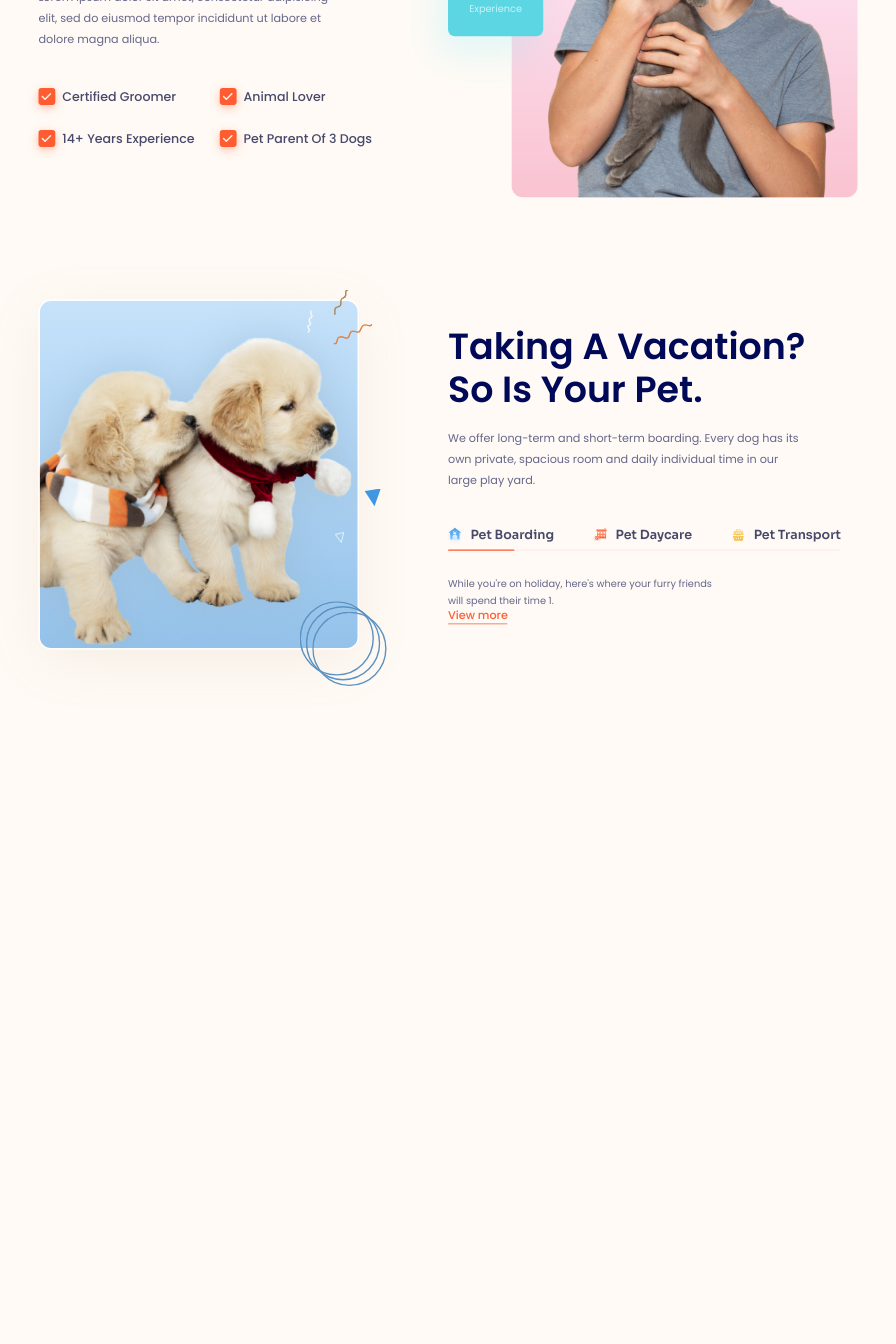
Repository: anhtien111198/f8-htmlcss-04
Page: index.html
These files come from the project's save history. The page is drawn as it stood at one moment and after the next save; the edit follows.
The browser window is 1280 px wide. The pictures show the part of the page from y = 1167 to 3087 px (the page is 5000 px tall), at 70% of full size.

Above is the page before, as saved 2023-05-18 16:06:55.

After the next save:
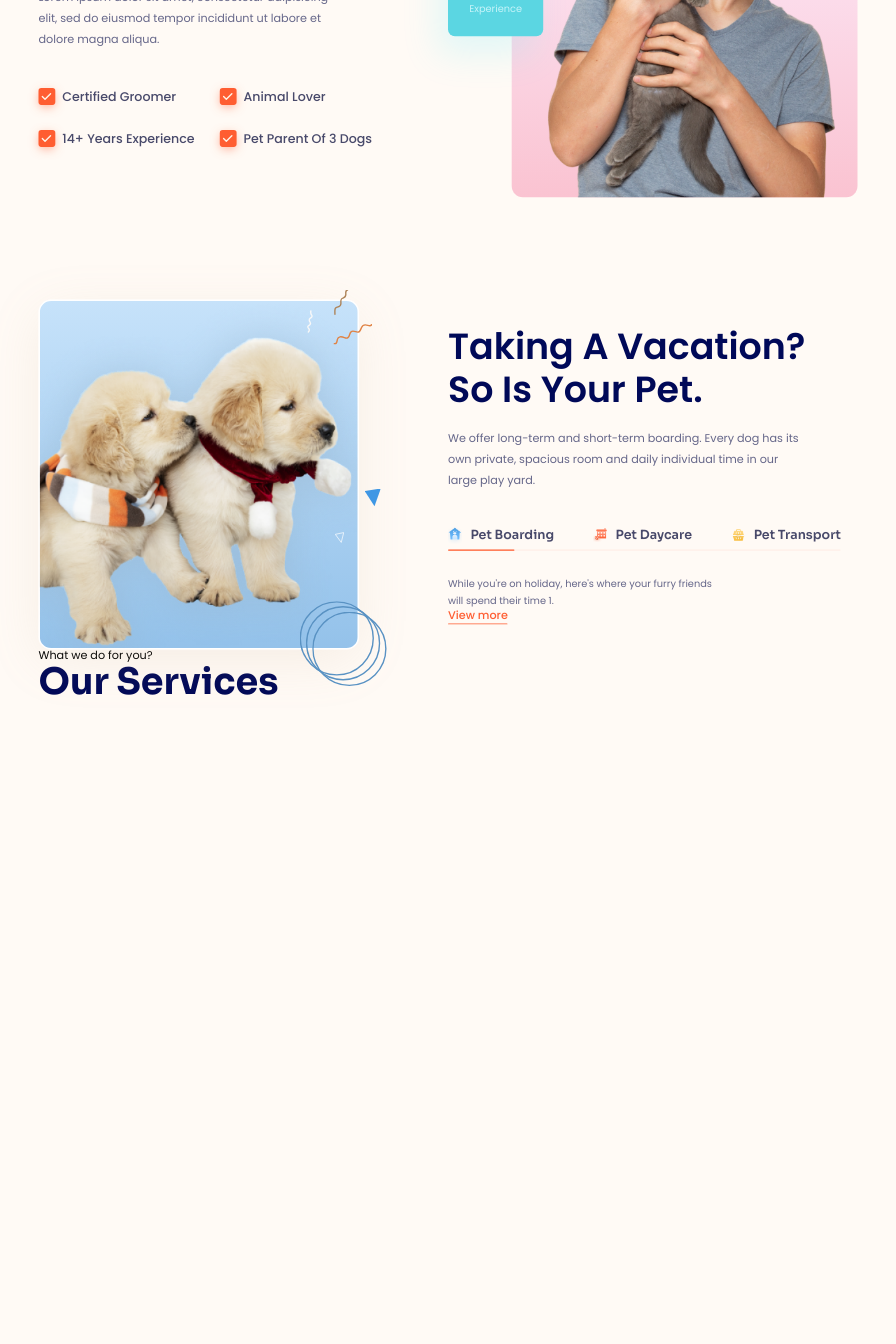
Saved 59 min 53 s later.
--- a/index.html
+++ b/index.html
@@ -236,6 +236,7 @@
         </section>
         <!-- About -->
         <main>
+            <!-- About -->
             <section class="about">
                 <div class="container">
                     <div class="about__inner">
@@ -427,6 +428,17 @@
                     </div>
                 </div>
             </section>
+            <!-- Service -->
+            <section class="service">
+                <div class="container">
+                    <section class="service__top">
+                        <p class="service__desc">What we do for you?</p>
+                        <h2 class="section__heading section__heading">
+                            Our Services
+                        </h2>
+                    </section>
+                </div>
+            </section>
         </main>
     </body>
 </html>
